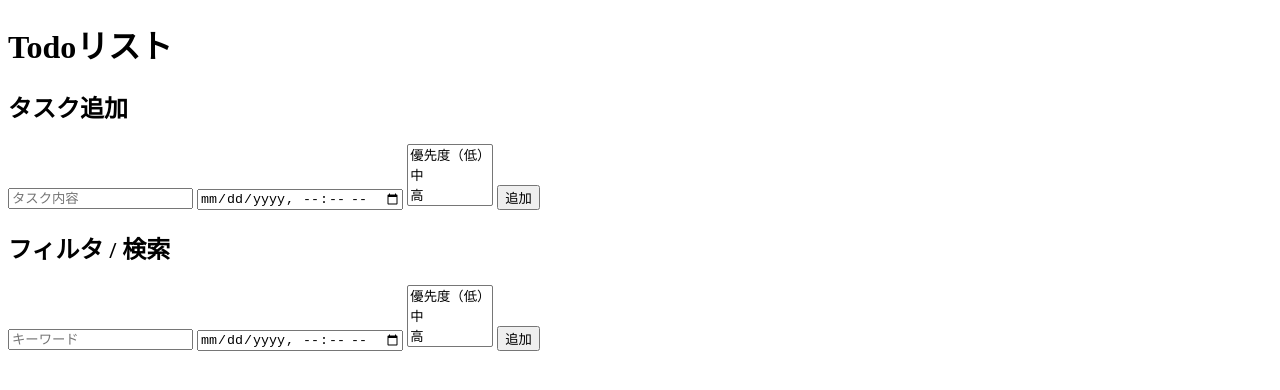
Repository: 1117wata/todo_enhanced
Page: http://localhost/
An editor plug-in stored every save of this project. The page is shown before and after the next save, followed by the edit.
The browser window is 1280 px wide. The pictures show the whole page.
The page is run by PHP 8.4 with error messages shown; the project is at /var/www/html/.

Above is the page before, as saved 2025-06-19 10:32:16.

### index.php
<!DOCTYPE html>
<html lang="ja">
<head>
    <meta charset="UTF-8">
    <meta name="viewport" content="width=device-width, initial-scale=1.0">
    <title>Todoリスト</title>
</head>
<body>
    <h1>Todoリスト</h1>
    <article> <!-- タスク追加 -->
        <h2>タスク追加</h2>
            <input type="text" name="task" placeholder="タスク内容">
            <input type="datetime-local" name="duedate">
            <select name="priority" size="3">
                <option value="low">優先度（低）</option>
                <option value="medium">中</option>
                <option value="high">高</option>
            </select>
            <input type="submit" name="add" value="追加">
     </article>
     <article>
        <h2>フィルタ / 検索</h2> <!-- フィルタ/検索 -->
            <input type="text" name="task" placeholder="キーワード">
            <input type="datetime-local" name="duedate">
            <select name="priority" size="3">
                <option value="low">優先度（低）</option>
                <option value="medium">中</option>
                <option value="high">高</option>
            </select>
            <input type="submit" name="add" value="追加">
     </article>
</body>
</html>

After the next save:
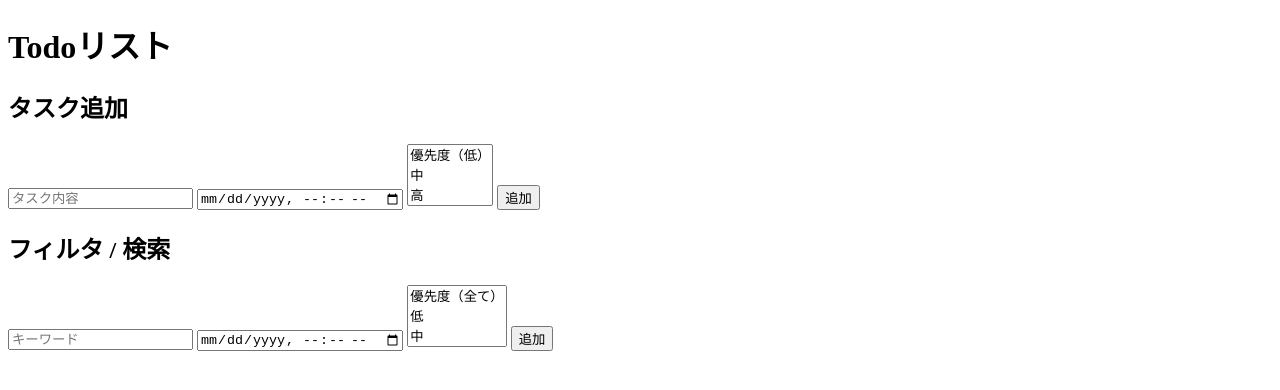
Saved 58 s later.
--- a/index.php
+++ b/index.php
@@ -23,7 +23,8 @@
             <input type="text" name="task" placeholder="キーワード">
             <input type="datetime-local" name="duedate">
             <select name="priority" size="3">
-                <option value="low">優先度（低）</option>
+                <option value="all">優先度（全て）</option>
+                <option value="low">低</option>
                 <option value="medium">中</option>
                 <option value="high">高</option>
             </select>
